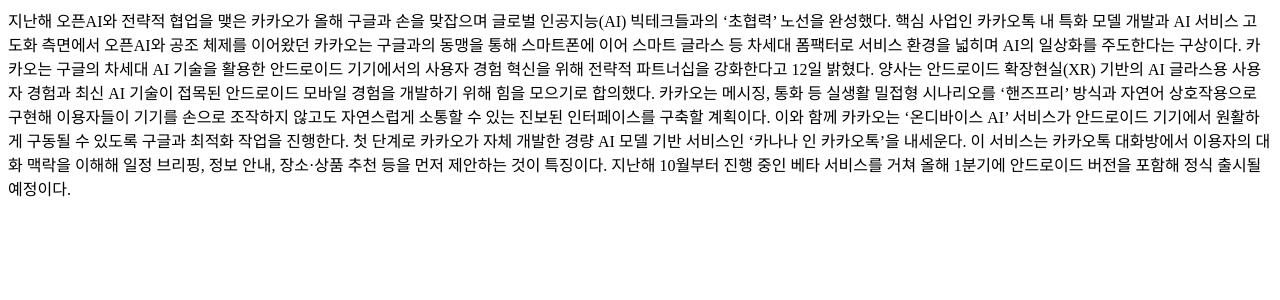
Repository: HongTaeHun337/HTML-CSS-JavaScript-
Page: html/HtmlTest/src/main/webapp/ex07_p.html
The author's editor kept a copy of each file at every save. The page is drawn from the files as they stood at one save, then again after the next save.
The browser window is 1280 px wide. The pictures show the whole page.

Above is the page before, as saved 2026-02-13 00:11:01.

### html/HtmlTest/src/main/webapp/ex07_p.html
<!DOCTYPE html>
<html>
<head>
<meta charset="UTF-8">
<title>Insert title here</title>
</head>
<body>
	<!-- ex07_p.html -->
	<!--

		<p>, paragragh
		- 문단 태그
		- 텍스트 집합
		- 쌍태그, 혼합형

		<font>
		- 텍스트 서식
		- 쌍태그, 혼합형

	 -->

지난해 오픈AI와 전략적 협업을 맺은 카카오가 올해 구글과 손을 맞잡으며 글로벌 인공지능(AI) 빅테크들과의 ‘초협력’ 노선을 완성했다. 핵심 사업인 카카오톡 내 특화 모델 개발과 AI 서비스 고도화 측면에서 오픈AI와 공조 체제를 이어왔던 카카오는 구글과의 동맹을 통해 스마트폰에 이어 스마트 글라스 등 차세대 폼팩터로 서비스 환경을 넓히며 AI의 일상화를 주도한다는 구상이다.

카카오는 구글의 차세대 AI 기술을 활용한 안드로이드 기기에서의 사용자 경험 혁신을 위해 전략적 파트너십을 강화한다고 12일 밝혔다. 양사는 안드로이드 확장현실(XR) 기반의 AI 글라스용 사용자 경험과 최신 AI 기술이 접목된 안드로이드 모바일 경험을 개발하기 위해 힘을 모으기로 합의했다. 카카오는 메시징, 통화 등 실생활 밀접형 시나리오를 ‘핸즈프리’ 방식과 자연어 상호작용으로 구현해 이용자들이 기기를 손으로 조작하지 않고도 자연스럽게 소통할 수 있는 진보된 인터페이스를 구축할 계획이다.

이와 함께 카카오는 ‘온디바이스 AI’ 서비스가 안드로이드 기기에서 원활하게 구동될 수 있도록 구글과 최적화 작업을 진행한다. 첫 단계로 카카오가 자체 개발한 경량 AI 모델 기반 서비스인 ‘카나나 인 카카오톡’을 내세운다. 이 서비스는 카카오톡 대화방에서 이용자의 대화 맥락을 이해해 일정 브리핑, 정보 안내, 장소·상품 추천 등을 먼저 제안하는 것이 특징이다. 지난해 10월부터 진행 중인 베타 서비스를 거쳐 올해 1분기에 안드로이드 버전을 포함해 정식 출시될 예정이다.


</body>
</html>

After the next save:
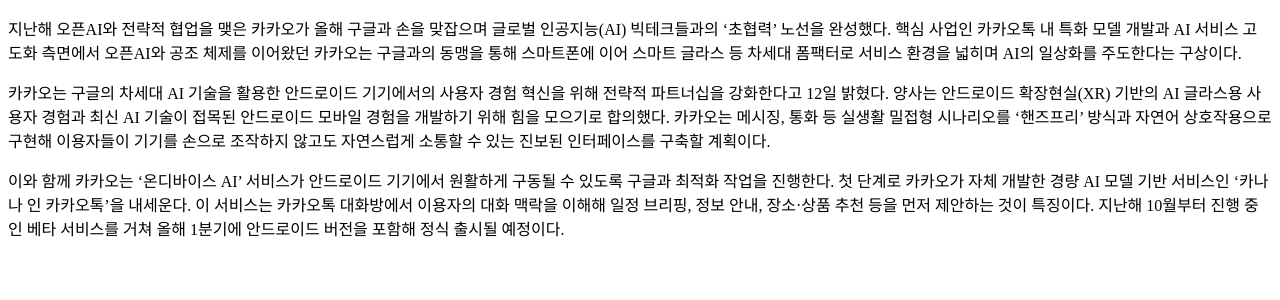
Saved 46 s later.
--- a/html/HtmlTest/src/main/webapp/ex07_p.html
+++ b/html/HtmlTest/src/main/webapp/ex07_p.html
@@ -19,11 +19,11 @@
 
 	 -->
 
-지난해 오픈AI와 전략적 협업을 맺은 카카오가 올해 구글과 손을 맞잡으며 글로벌 인공지능(AI) 빅테크들과의 ‘초협력’ 노선을 완성했다. 핵심 사업인 카카오톡 내 특화 모델 개발과 AI 서비스 고도화 측면에서 오픈AI와 공조 체제를 이어왔던 카카오는 구글과의 동맹을 통해 스마트폰에 이어 스마트 글라스 등 차세대 폼팩터로 서비스 환경을 넓히며 AI의 일상화를 주도한다는 구상이다.
+<p>지난해 오픈AI와 전략적 협업을 맺은 카카오가 올해 구글과 손을 맞잡으며 글로벌 인공지능(AI) 빅테크들과의 ‘초협력’ 노선을 완성했다. 핵심 사업인 카카오톡 내 특화 모델 개발과 AI 서비스 고도화 측면에서 오픈AI와 공조 체제를 이어왔던 카카오는 구글과의 동맹을 통해 스마트폰에 이어 스마트 글라스 등 차세대 폼팩터로 서비스 환경을 넓히며 AI의 일상화를 주도한다는 구상이다.
 
-카카오는 구글의 차세대 AI 기술을 활용한 안드로이드 기기에서의 사용자 경험 혁신을 위해 전략적 파트너십을 강화한다고 12일 밝혔다. 양사는 안드로이드 확장현실(XR) 기반의 AI 글라스용 사용자 경험과 최신 AI 기술이 접목된 안드로이드 모바일 경험을 개발하기 위해 힘을 모으기로 합의했다. 카카오는 메시징, 통화 등 실생활 밀접형 시나리오를 ‘핸즈프리’ 방식과 자연어 상호작용으로 구현해 이용자들이 기기를 손으로 조작하지 않고도 자연스럽게 소통할 수 있는 진보된 인터페이스를 구축할 계획이다.
+<p>카카오는 구글의 차세대 AI 기술을 활용한 안드로이드 기기에서의 사용자 경험 혁신을 위해 전략적 파트너십을 강화한다고 12일 밝혔다. 양사는 안드로이드 확장현실(XR) 기반의 AI 글라스용 사용자 경험과 최신 AI 기술이 접목된 안드로이드 모바일 경험을 개발하기 위해 힘을 모으기로 합의했다. 카카오는 메시징, 통화 등 실생활 밀접형 시나리오를 ‘핸즈프리’ 방식과 자연어 상호작용으로 구현해 이용자들이 기기를 손으로 조작하지 않고도 자연스럽게 소통할 수 있는 진보된 인터페이스를 구축할 계획이다.
 
-이와 함께 카카오는 ‘온디바이스 AI’ 서비스가 안드로이드 기기에서 원활하게 구동될 수 있도록 구글과 최적화 작업을 진행한다. 첫 단계로 카카오가 자체 개발한 경량 AI 모델 기반 서비스인 ‘카나나 인 카카오톡’을 내세운다. 이 서비스는 카카오톡 대화방에서 이용자의 대화 맥락을 이해해 일정 브리핑, 정보 안내, 장소·상품 추천 등을 먼저 제안하는 것이 특징이다. 지난해 10월부터 진행 중인 베타 서비스를 거쳐 올해 1분기에 안드로이드 버전을 포함해 정식 출시될 예정이다.
+<p>이와 함께 카카오는 ‘온디바이스 AI’ 서비스가 안드로이드 기기에서 원활하게 구동될 수 있도록 구글과 최적화 작업을 진행한다. 첫 단계로 카카오가 자체 개발한 경량 AI 모델 기반 서비스인 ‘카나나 인 카카오톡’을 내세운다. 이 서비스는 카카오톡 대화방에서 이용자의 대화 맥락을 이해해 일정 브리핑, 정보 안내, 장소·상품 추천 등을 먼저 제안하는 것이 특징이다. 지난해 10월부터 진행 중인 베타 서비스를 거쳐 올해 1분기에 안드로이드 버전을 포함해 정식 출시될 예정이다.
 
 
 </body>
